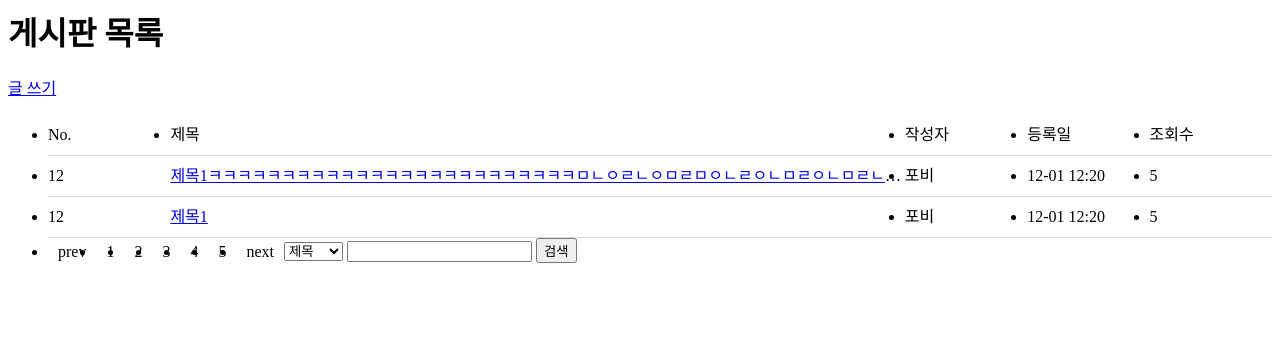
Repository: smg1024/StudySpring
Page: http://localhost/webSpringTest/WEB-INF/views/board/boardList.jsp
These files come from the project's save history. The page is drawn as it stood at one moment and after the next save; the edit follows.
The browser window is 1280 px wide. The pictures show the whole page.
The page is served by Tomcat 9. Nobody is signed in. The template is opened directly, without the code that normally fills it, so the values that code supplies are empty.

Above is the page before, as saved 2022-12-14 01:35:46.

After the next save:
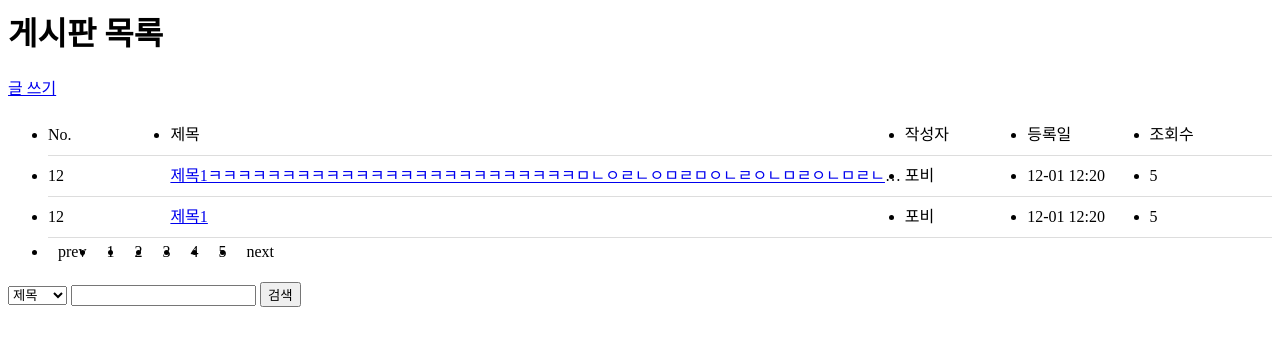
Saved 101 s later.
--- a/webSpringTest/src/main/webapp/js_css/board.css
+++ b/webSpringTest/src/main/webapp/js_css/board.css
@@ -4,6 +4,10 @@
 	white-space:nowrap;
 	overflow:hidden;
 	text-overflow:ellipsis;
+}
+
+.boardList>ul, .pages>ul{
+	overflow:auto;
 }
 
 /* 게시판 목록 */
